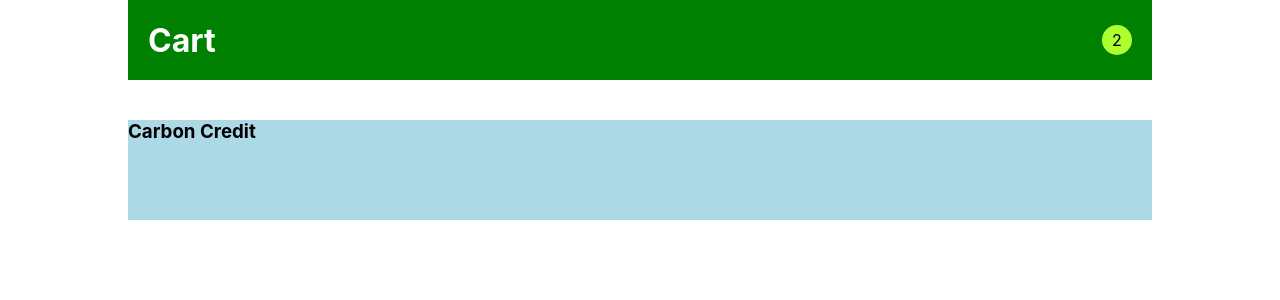
Repository: Yowani24/CarbonApp
Page: /cart
The author's editor kept a copy of each file at every save. The page is drawn from the files as they stood at one save, then again after the next save.
The browser window is 1280 px wide. The pictures show the whole page.
The project was rebuilt for these pictures with package versions that can differ from the ones it lists, and the page was loaded fresh each time. The framework's server and built-in components were replaced by stand-ins that run in the browser. Also part of the build but not shown: next.config.js.

Above is the page before, as saved 2021-09-26 20:15:56.

### pages/_app.js
import '../styles/globals.css'
import Cart from './cart';

function MyApp({ Component, pageProps }) {
  return (
    <>
      <Component {...pageProps} />
    </>
  );
}

export default MyApp

### pages/cart/index.js
import React from 'react';
import Head from 'next/head'

import styles from './Cart.module.css'

export default function Cart(props) {
    return (
        <>
          <Head>
              <title>Cart</title>
          </Head>
          <header>
              <div className={styles.interface}>
                    <div className={styles.header_content}>
                        <h1>Cart</h1>
                        <p>2</p>
                    </div>
              </div>
          </header>

          <section>
              <div className={styles.interface}>
                  <div className={styles.boxes}>
                      <div className={styles.content_box}>
                          <div className={styles.box}>
                              <h3>Carbon Credit</h3>
                          </div>
                      </div>
                  </div>
              </div>
          </section>
        </>
    )
}

### styles/globals.css
html,
body {
  padding: 0;
  margin: 0;
  font-family: -apple-system, BlinkMacSystemFont, Segoe UI, Roboto, Oxygen,
    Ubuntu, Cantarell, Fira Sans, Droid Sans, Helvetica Neue, sans-serif;
}

a {
  color: inherit;
  text-decoration: none;
}

* {
  margin: 0;
  box-sizing: border-box;
}

### pages/cart/Cart.module.css
.interface{
    width: 80%;
    margin: 0 auto;
}
.header_content{
    display: flex;
    justify-content: space-between;
    align-items: center;
    height: 80px;
    padding: 0 20px;
    background: green;
}
.header_content h1{
    color: #FFFFFF;
}
.header_content p{
    background: greenyellow;
    display: flex;
    justify-content: center;
    align-items:center;
    width: 30px;
    height: 30px;
    border-radius: 100%;
}


.boxes{
    margin-top: 40px;
}
.content_box{
    width: 100%;
    height: 100px;
    background:lightblue;
}

After the next save:
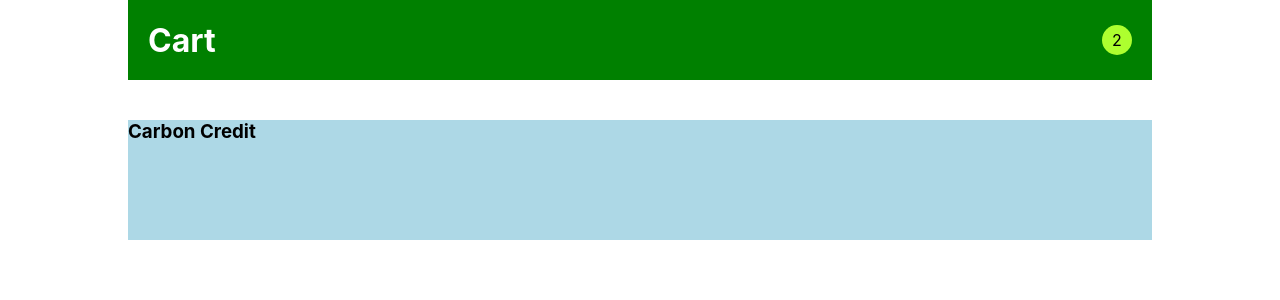
Saved 6 s later.
--- a/pages/cart/Cart.module.css
+++ b/pages/cart/Cart.module.css
@@ -29,6 +29,6 @@
 }
 .content_box{
     width: 100%;
-    height: 100px;
+    height: 120px;
     background:lightblue;
 }
